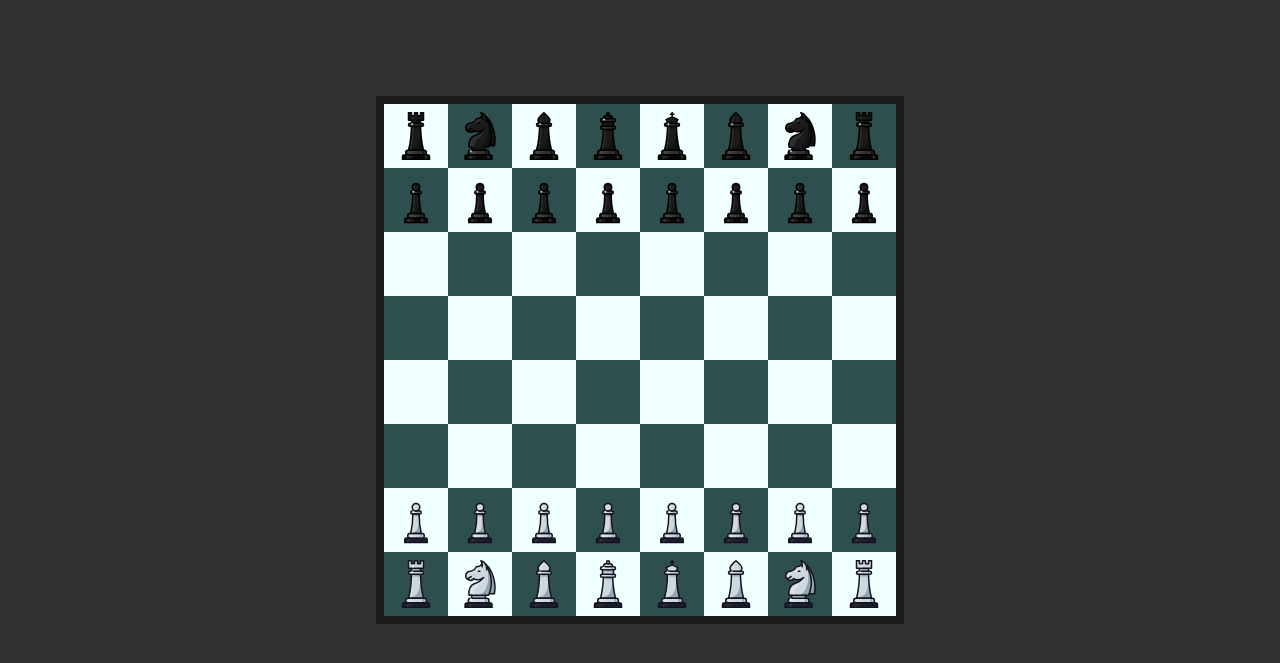
Repository: Mirsmog/react-chess
Page: /
These files come from the project's save history. The page is drawn as it stood at one moment and after the next save; the edit follows.
The browser window is 1280 px wide. The pictures show the whole page.
The project was rebuilt for these pictures with package versions that can differ from the ones it lists, and the page was loaded fresh each time. Also part of the build but not shown: vite.config.ts.

Above is the page before, as saved 2023-10-28 15:44:49.

### src/App.tsx
import BoardComponent from '@/components/BoardComponent';
import { Board } from './models/Board';
import React from 'react';

const App = () => {
  const [board, setBoard] = React.useState(new Board());

  React.useEffect(() => {
    restart();
  }, []);

  function restart() {
    const newBoard = new Board();
    newBoard.initCells();
    newBoard.addFigures()
    setBoard(newBoard);
  }
  return (
    <div className='app'>
      <BoardComponent board={board} setBoard={setBoard} />
    </div>
  );
};

export default App;

### src/index.css
:root {
  --sell-size: 64px;
}

* {
  margin: 0;
  padding: 0;
}

.app {
  background-color: #323232;
  width: 100vw;
  height: 100vh;
  display: flex;
  justify-content: center;
  align-items: center;
}

.board {
  display: flex;
  width: calc(var(--sell-size) * 8);
  height: calc(var(--sell-size) * 8);
  flex-wrap: wrap;
  border: 8px solid #1a1a1a;
  /* transform: scale(1.8); */
}

.cell {
  width: var(--sell-size);
  height: var(--sell-size);
  display: flex;
  justify-content: center;
  align-items: center;
}

.cell img {
  width: 48px;
  height: 48px;
  position: relative;
}

img[src*="/src/assets/pawn-white.svg"],
img[src*="/src/assets/pawn-black.svg"] {
  /* transform: scale(1.18); */
  transform: translateY(3px);
}

.black {
  background-color: darkslategrey;
}

.white {
  background-color: azure;
}

### src/components/BoardComponent.tsx
import { Board } from '@/models/Board';
import React from 'react';
import CellComponent from './CellComponent';

type Props = {
  board: Board;
  setBoard: (board: Board) => void;
};

const BoardComponent: React.FC<Props> = ({ board, setBoard }) => {
  return (
    <div className='board'>
      {board.cells.map((row, index) => (
        <React.Fragment key={index}>
          {row.map((cell) => (
            <CellComponent key={cell.id} cell={cell} />
          ))}
        </React.Fragment>
      ))}
    </div>
  );
};

export default BoardComponent;

### src/models/Board.ts
import { Cell } from './Cell';
import { Colors } from './Colors';
import { Bishop } from './figures/Bishop';
import { King } from './figures/King';
import { Knight } from './figures/Knight';
import { Pawn } from './figures/Pawn';
import { Queen } from './figures/Queen';
import { Rook } from './figures/Rook';

export class Board {
  cells: Cell[][] = [];

  public initCells() {
    for (let i = 0; i < 8; i++) {
      const row: Cell[] = [];
      for (let j = 0; j < 8; j++) {
        if ((i + j) % 2 !== 0) {
          row.push(new Cell(this, j, i, Colors.BLACK, null)); // black
        } else {
          row.push(new Cell(this, j, i, Colors.WHITE, null)); // white
        }
      }
      this.cells.push(row);
    }
  }
  public getCell(x: number, y: number) {
    return this.cells[y][x];
  }

  private addPawns() {
    for (let i = 0; i < 8; i++) {
      new Pawn(Colors.BLACK, this.getCell(i, 1));
      new Pawn(Colors.WHITE, this.getCell(i, 6));
    }
  }
  private addKings() {
    new King(Colors.BLACK, this.getCell(4, 0));
    new King(Colors.WHITE, this.getCell(4, 7));
  }
  private addQueens() {
    new Queen(Colors.BLACK, this.getCell(3, 0));
    new Queen(Colors.WHITE, this.getCell(3, 7));
  }
  private addBishops() {
    new Bishop(Colors.BLACK, this.getCell(2, 0));
    new Bishop(Colors.BLACK, this.getCell(5, 0));
    new Bishop(Colors.WHITE, this.getCell(2, 7));
    new Bishop(Colors.WHITE, this.getCell(5, 7));
  }
  private addKnights() {
    new Knight(Colors.BLACK, this.getCell(1, 0));
    new Knight(Colors.BLACK, this.getCell(6, 0));
    new Knight(Colors.WHITE, this.getCell(1, 7));
    new Knight(Colors.WHITE, this.getCell(6, 7));
  }
  private addRooks() {
    new Rook(Colors.BLACK, this.getCell(0, 0));
    new Rook(Colors.BLACK, this.getCell(7, 0));
    new Rook(Colors.WHITE, this.getCell(0, 7));
    new Rook(Colors.WHITE, this.getCell(7, 7));
  }

  public addFigures() {
    this.addKings();
    this.addBishops();
    this.addKnights();
    this.addQueens();
    this.addPawns();
    this.addRooks();
  }
}

### src/components/CellComponent.tsx
import { Cell } from '@/models/Cell';
import React from 'react';

type Props = {
  cell: Cell;
};

const CellComponent: React.FC<Props> = ({ cell }) => {
  return (
    <div className={`cell ${cell.color}`}>
      {cell.figure?.logo && (
        <img src={cell.figure.logo} alt={cell.figure.logo} />
      )}
    </div>
  );
};

export default CellComponent;

### src/models/Cell.ts
import { Board } from './Board';
import { Colors } from './Colors';
import { Figure } from './figures/Figure';

export class Cell {
  readonly x: number;
  readonly y: number;
  readonly color: Colors;
  figure: Figure | null;
  board: Board;
  available: boolean;
  id: number;

  constructor(
    board: Board,
    x: number,
    y: number,
    color: Colors,
    figure: Figure | null
  ) {
    this.board = board;
    this.figure = figure;
    this.color = color;
    this.x = x;
    this.y = y;
    this.available = false;
    this.id = Math.random();
  }
}

### src/models/Colors.ts
export enum Colors {
  BLACK = 'black',
  WHITE = 'white',
}

### src/models/figures/Bishop.ts
import { Cell } from '../Cell';
import { Colors } from '../Colors';
import { Figure, FigureName } from './Figure';
import bishopBlack from '@/assets/bishop-black.svg';
import bishopWhite from '@/assets/bishop-white.svg';
export class Bishop extends Figure {
  constructor(color: Colors, cell: Cell) {
    super(color, cell);
    this.logo = color === Colors.BLACK ? bishopBlack : bishopWhite;
    this.name = FigureName.BISHOP
  }
}

### src/models/figures/King.ts
import { Cell } from '../Cell';
import { Colors } from '../Colors';
import { Figure, FigureName } from './Figure';
import kingBlack from '@/assets/king-black.svg';
import kingWhite from '@/assets/king-white.svg';
export class King extends Figure {
  constructor(color: Colors, cell: Cell) {
    super(color, cell);
    this.logo = color === Colors.BLACK ? kingBlack : kingWhite;
    this.name = FigureName.KING
  }
}

### src/models/figures/Knight.ts
import { Cell } from '../Cell';
import { Colors } from '../Colors';
import { Figure, FigureName } from './Figure';
import knightBlack from '@/assets/knight-black.svg';
import knightWhite from '@/assets/knight-white.svg';
export class Knight extends Figure {
  constructor(color: Colors, cell: Cell) {
    super(color, cell);
    this.logo = color === Colors.BLACK ? knightBlack : knightWhite;
    this.name = FigureName.KNIGHT
  }
}

### src/models/figures/Pawn.ts
import { Cell } from '../Cell';
import { Colors } from '../Colors';
import { Figure, FigureName } from './Figure';
import pawnBlack from '@/assets/pawn-black.svg';
import pawnWhite from '@/assets/pawn-white.svg';
export class Pawn extends Figure {
  constructor(color: Colors, cell: Cell) {
    super(color, cell);
    this.logo = color === Colors.BLACK ? pawnBlack : pawnWhite;
    this.name = FigureName.PAWN
  }
}

### src/models/figures/Queen.ts
import { Cell } from '../Cell';
import { Colors } from '../Colors';
import { Figure, FigureName } from './Figure';
import queenBlack from '@/assets/queen-black.svg';
import queenWhite from '@/assets/queen-white.svg';
export class Queen extends Figure {
  constructor(color: Colors, cell: Cell) {
    super(color, cell);
    this.logo = color === Colors.BLACK ? queenBlack : queenWhite;
    this.name = FigureName.QUEEN
  }
}

### src/models/figures/Rook.ts
import { Cell } from '../Cell';
import { Colors } from '../Colors';
import { Figure, FigureName } from './Figure';
import rookBlack from '@/assets/rook-black.svg';
import rookWhite from '@/assets/rook-white.svg';
export class Rook extends Figure {
  constructor(color: Colors, cell: Cell) {
    super(color, cell);
    this.logo = color === Colors.BLACK ? rookBlack : rookWhite;
    this.name = FigureName.ROOK;
  }
}

### src/models/figures/Figure.ts
import { Cell } from '../Cell';
import { Colors } from '../Colors';
import logo from '@/assets/bishop-black.svg';

import queenBlack from '@/assets/queen-black.svg';
import bishopBlack from '@/assets/bishop-black.svg';
import rookBlack from '@/assets/rook-black.svg';
import knightBlack from '@/assets/knight-black.svg';
import pawnBlack from '@/assets/pawn-black.svg';

import queenWhite from '@/assets/queen-white.svg';
import bishopWhite from '@/assets/bishop-white.svg';
import rookWhite from '@/assets/rook-white.svg';
import knightWhite from '@/assets/knight-white.svg';
import pawnWhite from '@/assets/pawn-white.svg';

export enum FigureName {
  FIGURE = 'figure',
  KING = 'king',
  QUEEN = 'queen',
  ROOK = 'rook',
  BISHOP = 'bishop',
  PAWN = 'pawn',
  KNIGHT = 'knight',
}


export class Figure {
  color: Colors;
  logo: typeof logo | null;
  cell: Cell;
  name: FigureName;
  id: number;

  constructor(color: Colors, cell: Cell) {
    this.color = color;
    this.cell = cell;
    this.cell.figure = this;
    this.logo = null;
    this.name = FigureName.FIGURE;
    this.id = Math.random();
  }

  canMove(target: Cell): boolean {
    return true;
  }
  moveFigure(target: Cell) {}
}

Loaded but not shown: index.html (common file); src/main.tsx (common file)

After the next save:
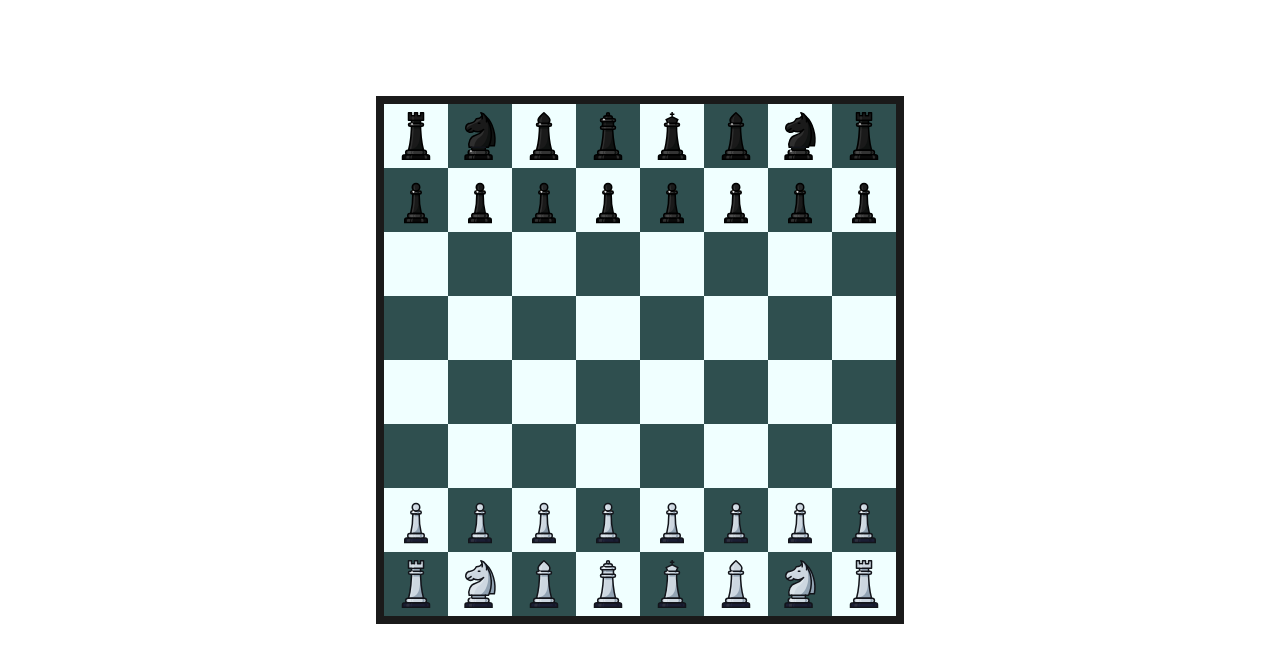
Saved 7 s later.
--- a/src/index.css
+++ b/src/index.css
@@ -8,7 +8,7 @@
 }
 
 .app {
-  background-color: #323232;
+  /* background-color: #323232; */
   width: 100vw;
   height: 100vh;
   display: flex;

After the save that followed:
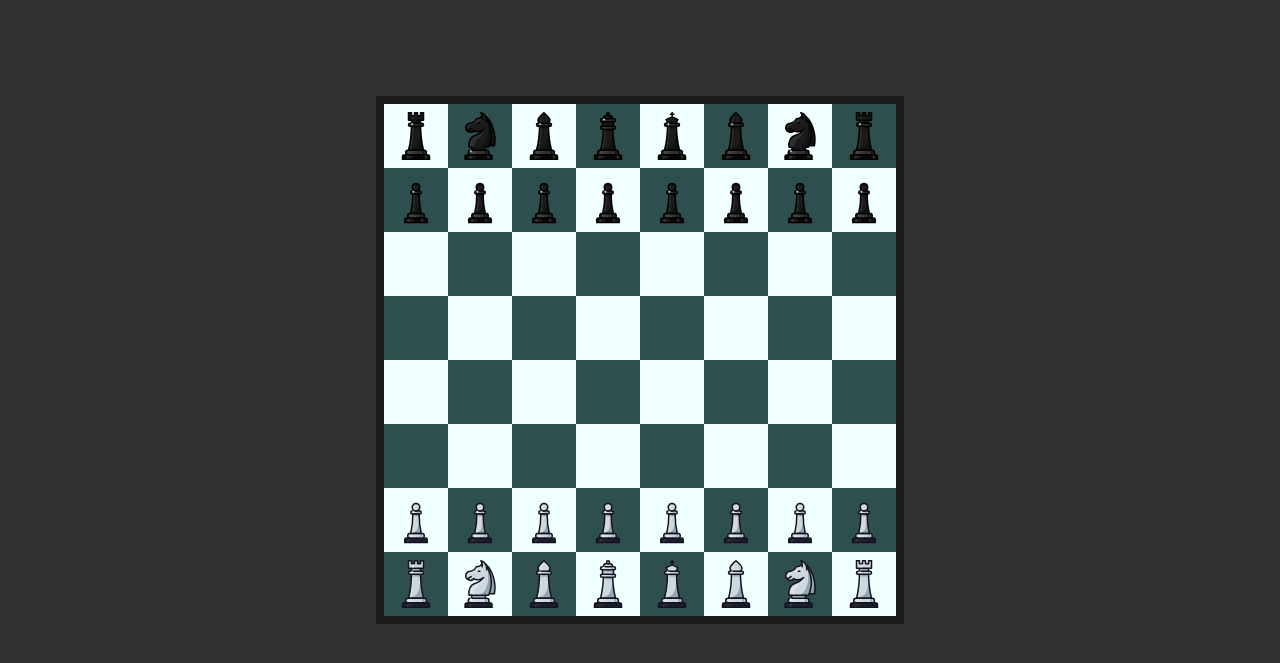
Saved 7 s later.
--- a/src/index.css
+++ b/src/index.css
@@ -8,7 +8,7 @@
 }
 
 .app {
-  /* background-color: #323232; */
+  background-color: #323232;
   width: 100vw;
   height: 100vh;
   display: flex;
